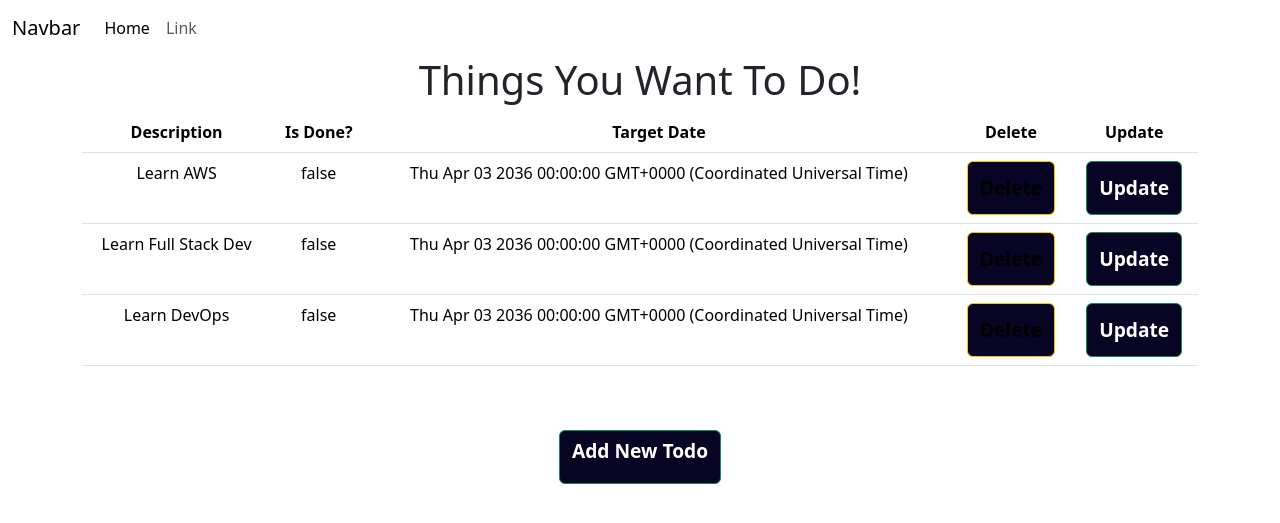
Repository: oboioz/SimpleTodoApp
Page: /todos (app in SimpleTodoAppFrontEnd/todo-app/)
An editor plug-in stored every save of this project. The page is shown before and after a run of saves, followed by the edit.
The browser window is 1280 px wide. The pictures show the whole page.
The project was rebuilt for these pictures with package versions that can differ from the ones it lists, and the page was loaded fresh each time. Also part of the build but not shown: SimpleTodoAppFrontEnd/todo-app/src/components/todo/Login/LoginComponent.jsx, SimpleTodoAppFrontEnd/todo-app/src/components/todo/Welcome/WelcomeStyle.css, SimpleTodoAppFrontEnd/todo-app/src/components/todo/Welcome/WelcomeComponent.jsx, SimpleTodoAppFrontEnd/todo-app/src/components/todo/error/ErrorComponent.jsx, SimpleTodoAppFrontEnd/todo-app/src/components/todo/logout/LogOutComponent.jsx.

Above is the page before, as saved 2024-04-06 16:29:48.

After the next 3 saves:
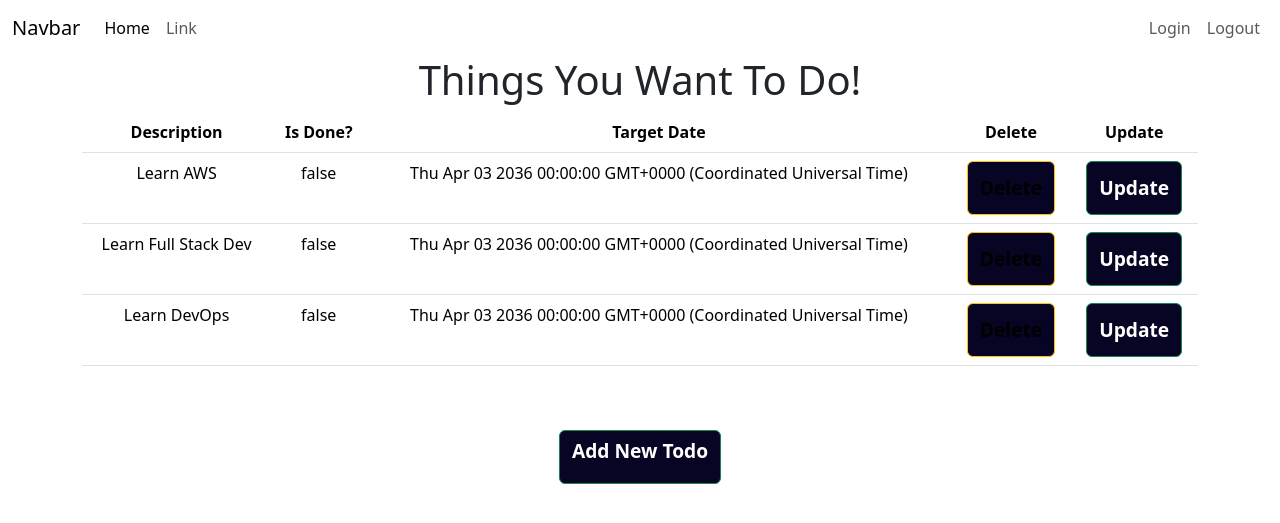
The 3 saves are shown as one change because 2 did not build or start.
The last was saved 52 s later.
--- a/SimpleTodoAppFrontEnd/todo-app/src/components/todo/header/HeaderComponent.jsx
+++ b/SimpleTodoAppFrontEnd/todo-app/src/components/todo/header/HeaderComponent.jsx
@@ -1,3 +1,4 @@
+import { Link } from 'react-router-dom';
 import { useAuth } from '../security/AuthContext';
 import './HeaderStyle.css';
 
@@ -30,6 +31,14 @@ function HeaderComponent() {
                         </li>
                     </ul>
                 </div>
+                <ul className="navbar-nav">
+                    <li className="nav-item">
+                        <Link className="nav-link" to="/login">Login</Link>
+                    </li>
+                    <li className="nav-item">
+                        <Link className="nav-link" to="/logout" onClick={logout}>Logout</Link>
+                    </li>
+                </ul>
             </div>
         </nav>
 
